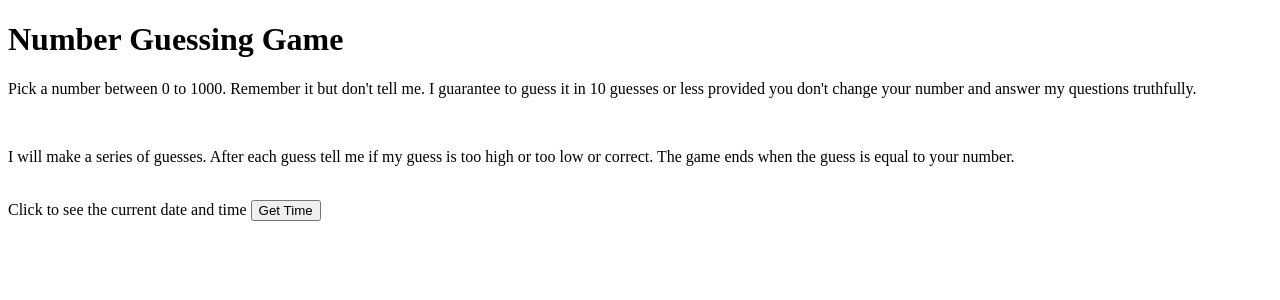
Repository: lerajk/Java-EE
Page: http://localhost/LeeRajGuessingGameWeb/Index.jsp
The author's editor kept a copy of each file at every save. The page is drawn from the files as they stood at one save, then again after the next save.
The browser window is 1280 px wide. The pictures show the whole page.
The page is served by Tomcat 9. Other server files are loaded and not shown.

Above is the page before, as saved 2017-10-05 02:51:27.

### Assignment-3-Master/LeeRajGuessingGameWeb/WebContent/Index.jsp
<%@ page language="java" contentType="text/html; charset=ISO-8859-1"
    pageEncoding="ISO-8859-1"%>
  <%@ page import="binary.search.game.model.*" %>

<%


NumberGuesser target = new NumberGuesser();
%>


<!DOCTYPE html PUBLIC "-//W3C//DTD HTML 4.01 Transitional//EN" "http://www.w3.org/TR/html4/loose.dtd">
<html>
<head>
<meta http-equiv="Content-Type" content="text/html; charset=ISO-8859-1">
<title>Insert title here</title>
</head>
<body>
<h1>Number Guessing Game</h1>
<p>Pick a number between 0 to 1000. Remember it but don't tell me. I guarantee to guess it in 10 guesses or less
provided you don't change your number and answer my questions truthfully.</p> <br>
<p> I will make a series of guesses. After each guess tell me if my guess is too high or too low or correct.
The game ends when the guess is equal to your number.</p> <br>

<form action="${pageContext.request.contextPath}/LeeRajGuessingServlet" method="get">
	Click to see the current date and time <input type="submit" value="Get Time">
	</form>


</body>
</html>

### Assignment-3-Master/LeeRajGuessingGameWeb/src/binary/search/game/model/NumberGuesser.java
package binary.search.game.model;

import binary.search.game.exceptions.GameLostException;

public class NumberGuesser {
	// current status of this game
	private int minValue = 0;
	private int maxValue = 0;
	private int maxGuessCount = 0;
	// two fields must be available to client code
	private int lastGuess = 0;
	private int guessCount = 0;

	// client creates an instance for each game
	public NumberGuesser() {
		super();
		setMinValue( GameConstants.RANGE_BOTTOM );
		setMaxValue( GameConstants.RANGE_TOP );
		setMaxGuessCount( GameConstants.MAXGUESSES );
		// guessCount set to zero by default
	}

	private void setGuessCount(int guessCount) throws GameLostException {
		if ( guessCount > getMaxGuessCount() ) {
			throw new GameLostException ("I lost, which should never happen.");
		}
		this.guessCount = guessCount;
	}

	// getter for current guess count required by client code
	public int getGuessCount() {
		return guessCount;
	}

	// called by client code to start a game
	public int firstGuess() throws GameLostException {
		return getNextGuess();
	}

	// called by client when last guess to low
	public int guessHigher() throws GameLostException {
		minValue = lastGuess;
		return getNextGuess();
	}

	// called by client when last guess too high
	public int guessLower() throws GameLostException {
		maxValue = lastGuess;
		return getNextGuess();
	}

	// apply binary search algorithm to at each guess
	private int getNextGuess() throws GameLostException {
	    setGuessCount( getGuessCount() +1 );
		int newGuess = ( getMinValue() + getMaxValue() ) / 2;
		setLastGuess( newGuess);
		return newGuess;
	}

	// get and set methods for all fields
	private int getMinValue() {
		return minValue;
	}

	private void setMinValue(int minValue) {
		this.minValue = minValue;
	}

	private int getMaxValue() {
		return maxValue;
	}

	private void setMaxValue(int maxValue) {
		this.maxValue = maxValue;
	}

	// value use by client code
	public int getMaxGuessCount() {
		return maxGuessCount;
	}

	private void setMaxGuessCount(int maxGuessCount) {
		this.maxGuessCount = maxGuessCount;
	}

	private void setLastGuess(int lastGuess) {
		this.lastGuess = lastGuess;
	}

	// getter for last guess required by client code
	public int getLastGuess() {
		return lastGuess;
	}

}

After the next save:
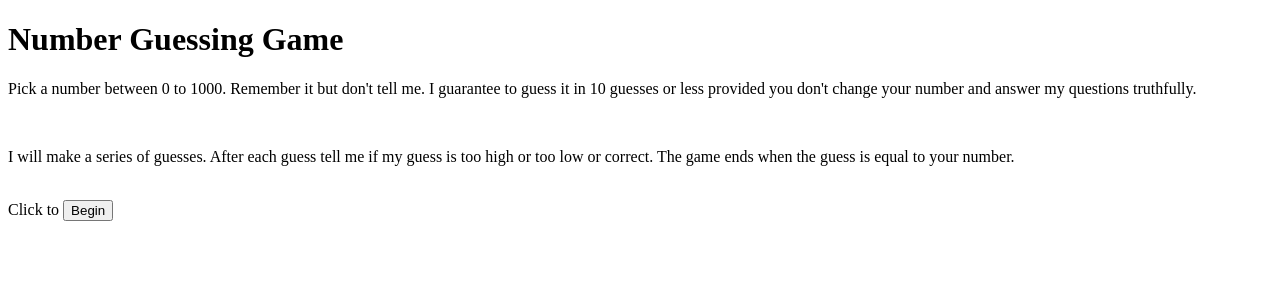
Saved 32 s later.
--- a/Assignment-3-Master/LeeRajGuessingGameWeb/WebContent/Index.jsp
+++ b/Assignment-3-Master/LeeRajGuessingGameWeb/WebContent/Index.jsp
@@ -23,7 +23,7 @@ provided you don't change your number and answer my questions truthfully.</p> <b
 The game ends when the guess is equal to your number.</p> <br>
 
 <form action="${pageContext.request.contextPath}/LeeRajGuessingServlet" method="get">
-	Click to see the current date and time <input type="submit" value="Get Time">
+	Click to <input type="submit" value="Begin">
 	</form>
 
 
